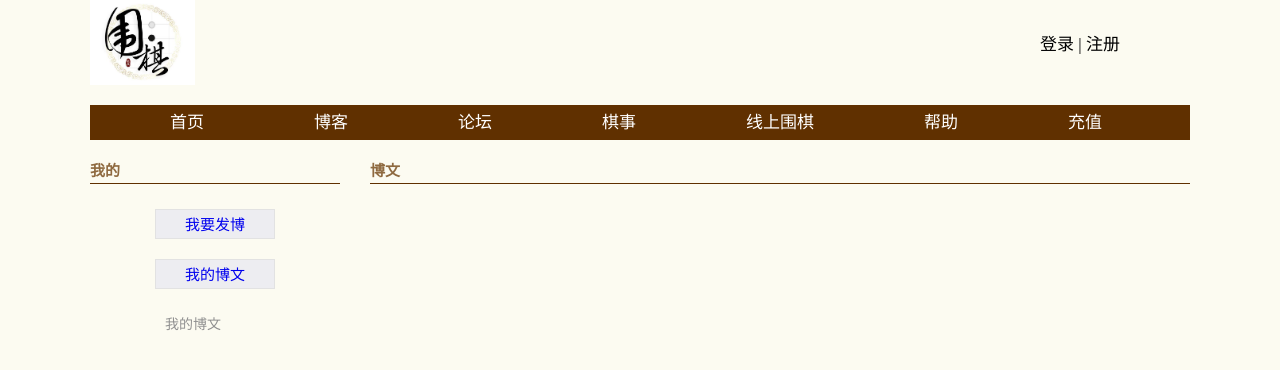
Repository: yxh0/Go
Page: http://localhost/keshe/keshe/myblog.jsp
The author's editor kept a copy of each file at every save. The page is drawn from the files as they stood at one save, then again after the next save.
The browser window is 1280 px wide. The pictures show the whole page.
The page is served by Tomcat 9. Other server files are loaded and not shown. Queries for data that is not in the repository find no rows.

Above is the page before, as saved 2020-06-11 03:37:40.

### SoftwareProjectGo/keshe/WebContent/keshe/myblog.jsp
<%@ page language="java" contentType="text/html; charset=UTF-8"
    pageEncoding="UTF-8"%>
<%@ page import="java.sql.*" %>
<!DOCTYPE html>
<html>
<head>
<meta charset="UTF-8">
<title>博客页面</title>
<link rel="stylesheet" href="css/init.css">
<link rel="stylesheet" href="css/public.css">
<link rel="stylesheet" href="css/blog.css">
</head>
<body>
	<div class="header w">
		<div class="logo">
			<img src="images/logo.jpg" alt="" />
		</div>
		<div class="login">
			<ul>
				<li>
					<a href="login.jsp">登录</a> |
					<a href="register.jsp">注册</a>
				</li>
			</ul>
		</div>
	</div>
	<!-- 导航栏 -->
	<div class="nav w">
		<div class="container">
			<ul class="left">
		    	<li><a href="index.jsp" >首页</a></li>
		    	<li><a href="blog.jsp" >博客</a></li>
		    	<li><a href="luntan.jsp" >论坛</a></li>
		    	<li><a href="qishi.jsp" >棋事</a></li>
		    	<li><a href="xianshangweiqi.jsp" >线上围棋</a></li>
		    	<li><a href="bangzhu.jsp" >帮助</a></li>
		    	<li><a href="chongzhi.jsp" >充值</a></li>
			</ul>
  		</div>
	</div>
	<div class="big w">
		<div class="self">
			<h4>我的</h4>
			<button><a href="blog_post.jsp"> 我要发博</a></button><br>
			<button><a href="myblog.jsp"> 我的博文</a></button><br>
			<div class="info">
				<p>
					我的博文
		        </p>
			</div>
		</div>
		<div class="blogg">
			<h4>博文</h4>
			<div class="cont">
			<%
				Connection con;
		    	Statement sql;
		    	ResultSet rs;
		    	Class.forName("com.mysql.jdbc.Driver");
		    	try
				{
					String uri= "jdbc:mysql://localhost:3306/weiqiluntan";
		            String user="root";
		            String password="0";
		            con=DriverManager.getConnection(uri,user,password);
		            sql=con.createStatement();
		            rs=sql.executeQuery("SELECT * FROM blog WHERE Bloger_name = 'testman' order by Blog_date desc ");
		            while (rs.next())
		            {
		     %>
						<h2><%	out.print(rs.getString("Blog_name"));	%></h2>
						<span class="people"> <%= rs.getString("Blog_replies") %> 回复 | <%= rs.getString("Blog_agreements")%> 点赞</span>
						<%
					}
				    con.close();
				}
				catch(SQLException e){
					out.print(e);
				}
						%>
			</div>
		</div>
	</div>
</body>
</html>

### SoftwareProjectGo/keshe/WebContent/keshe/css/init.css
@charset "UTF-8";
/* 基础的初始化 */
* {
    margin: 0;
    padding: 0;
    box-sizing: border-box;
}
/* em 和 i 斜体的文字不倾斜 */
em,
i {
    font-style: normal
}

li {
    list-style: none
}

img {
    border: 0;
    vertical-align: middle
}

button {
    cursor: pointer
}

a {
    text-decoration: none
}

button,
input {
    font-family: Microsoft YaHei, Heiti SC, tahoma, arial, Hiragino Sans GB, "\5B8B\4F53", sans-serif;
    /* 默认有灰色边框我们需要手动去掉 */
    border: 0;
    outline: none;
}

body {
    -webkit-font-smoothing: antialiased;
    background-color: #fff;
    font: 12px/1.5 Microsoft YaHei, Heiti SC, tahoma, arial, Hiragino Sans GB, "\5B8B\4F53", sans-serif;
    color: black;
}

.hide,
.none {
    display: none
}
/* 清除浮动 */
.clearfix:after {
    visibility: hidden;
    clear: both;
    display: block;
    content: ".";
    height: 0
}

.clearfix {
    *zoom: 1
}

### SoftwareProjectGo/keshe/WebContent/keshe/css/public.css
@charset "UTF-8";
/* 版心 */
body {
	background-color: #fcfbf1;
}
.w {
    width: 1100px;
    margin: 0 auto;
}
.nav {
    height: 35px;
    background-color: #603000;
    line-height: 35px;
}
.nav ul li{
	float: left;
}
.nav li a{
	color: white;
	font-size: 17px;
	border-right: 20px;
	padding: 20px 30px;
	margin-left: 50px;
}
.nav li a:hover{
	color: yellow;
}
.header {
    position: relative;
    height: 105px;
}
.logo {
	position: absolute;
	width: 105px;
	height: 85px;
}
.logo img {
	width: 100%;
	height: 100%;
}
.login {
	margin-left: 950px;
	margin-top: 30px;
	position: absolute;
	font: 17px Microsoft YaHei;
	text-align: center;
}
.login li a{
	color: black;
}
.login li a:hover {
	color: #ebc21f;
}
.footer p {
    width: 250px;
    font-size: 20px;
    color: #7B7B7B;
    margin: 60px auto;
}

### SoftwareProjectGo/keshe/WebContent/keshe/css/blog.css
@charset "UTF-8";
.big {
	margin-top: 20px;
}
.self {
	float: left;
	margin-right: 30px;
}
.big .self h4,
.big .blogg h4 {
	width: 250px;
	border-bottom: solid 1px #603000;
	margin-bottom: 15px;
	font-size: 15px;
	weight: 500;
	color: #8f6a40;
}
.big .self button {
	width: 120px;
    height: 30px;
    margin: 10px 65px;
    border: 1px solid #E2E2E2;
    text-align: center;
    line-height: 30px;
    font-size: 15px;
    color: #000;
    background: #ededf1;
}
.big .self .info {
	margin-top: 15px;
	margin-left: 75px;
}
.big .self .info p{
	font-size: 14px;
	weight: 500;
	color: #909090;
}
.blogg {
	float: left;
}
.big .blogg h4,
.big .blogg .cont {
	width: 820px;
}
.big .blogg .cont h2 {
	margin: 5px;
}
.big .blogg .cont a {
	color: #000;
}
.big .blogg .cont a:hover {
	color: #ebc21f;
}
.big .blogg .cont p {
	margin-bottom: 35px;
	color: #8a8a8a;
}
.big .blogg .cont .people {
	font-size: 13px;
}

After the next save:
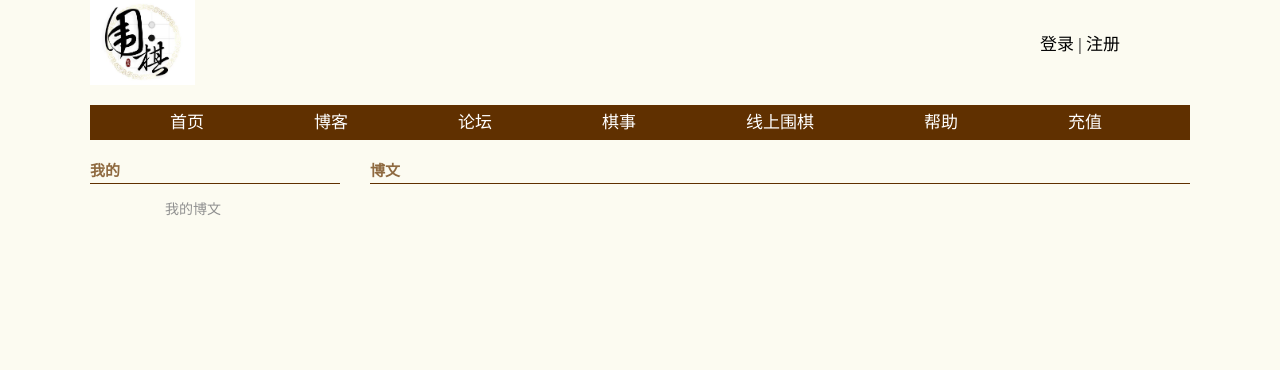
Saved 17 s later.
--- a/SoftwareProjectGo/keshe/WebContent/keshe/myblog.jsp
+++ b/SoftwareProjectGo/keshe/WebContent/keshe/myblog.jsp
@@ -41,8 +41,6 @@
 	<div class="big w">
 		<div class="self">
 			<h4>我的</h4>
-			<button><a href="blog_post.jsp"> 我要发博</a></button><br>
-			<button><a href="myblog.jsp"> 我的博文</a></button><br>
 			<div class="info">
 				<p>
 					我的博文
